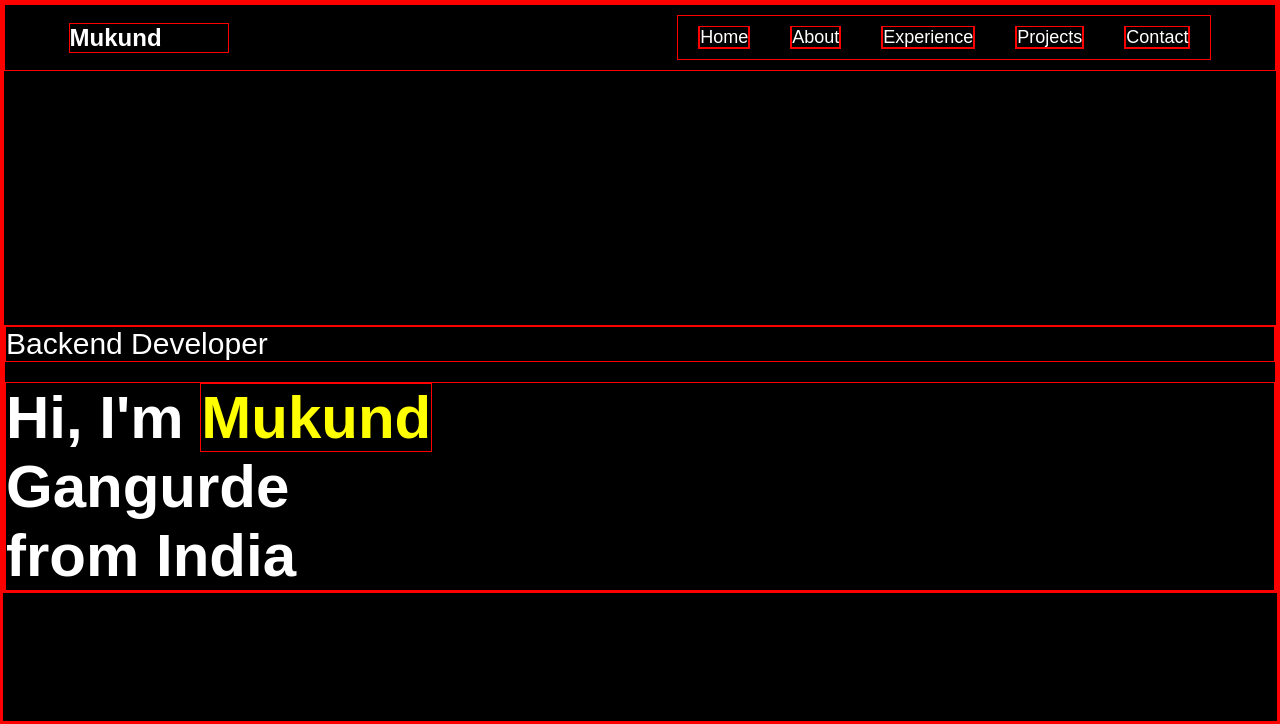
Repository: mukundgangurde/expense-tracker
Page: index.html
The author's editor kept a copy of each file at every save. The page is drawn from the files as they stood at one save, then again after the next save.
The browser window is 1280 px wide. The pictures show the whole page.

Above is the page before, as saved 2025-11-02 18:01:35.

### index.html
<!DOCTYPE html>
<html lang="en">

<head>
  <meta charset="UTF-8">
  <meta name="viewport" content="width=device-width, initial-scale=1.0">
  <title>Portfolio - Mukund Gangurde</title>
  <link rel="stylesheet" href="style.css">
</head>

<body>
  <div id="header">
    <div id="container">
      <!-- Navigation Bar -->
      <nav>
        <h1 id="logo">Mukund</h1>
        <ul>
          <li><a href="#">Home</a></li>
          <li><a href="#">About</a></li>
          <li><a href="#">Experience</a></li>
          <li><a href="#">Projects</a></li>
          <li><a href="#">Contact</a></li>
        </ul>
      </nav>
      <!-- /Navigation Bar -->

      <div class="header-text">
        <p>Backend Developer</p>
        <h1>Hi, I'm <span>Mukund</span><br>Gangurde <br> from India</h1>
      </div>
    </div>
  </div>

</body>

</html>

### style.css
* {
  margin: 0;
  padding: 0;
  /* font-family: Brush Script MT; */
  font-family: Arial, Helvetica, sans-serif;
  box-sizing: border-box;
  border: 1px solid red;
}

body {
  background-color: black;
  color: white;
}

#header {
  width : 100%;
  height: 100vh;
  /* background-image: url(images/background.img); */
  /* background-size: cover; */
  /* background-position: center; */
}

#logo {
  width: 160px;
}

nav {
  display: flex;
  justify-content: space-between;
  align-items: center;
  flex-wrap: wrap;
  padding: 10px 5%;
}

ul {
  display: flex;
  justify-content: space-between;
  font-size: 18px;
}

nav ul li {
  display: inline-block;
  list-style-type: none;
  margin: 10px 20px;
}

nav ul li a {
  color: white;
  text-decoration: none;
}

.header-text {
  margin-top: 20%;
  font-size: 30px;
}

.header-text h1 {
  margin-top: 20px;
  font-size: 60px;
}

.header-text h1 span {
  color: yellow;
}

After the next save:
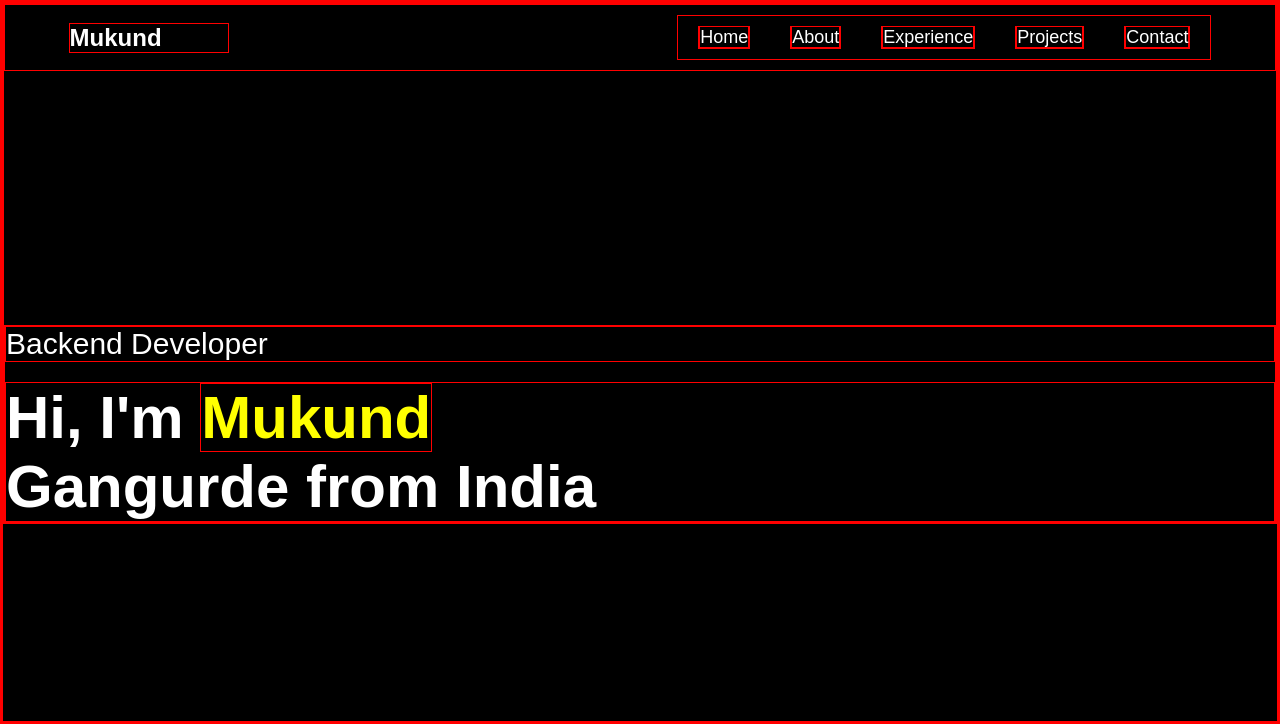
Saved 7 s later.
--- a/index.html
+++ b/index.html
@@ -26,7 +26,7 @@
 
       <div class="header-text">
         <p>Backend Developer</p>
-        <h1>Hi, I'm <span>Mukund</span><br>Gangurde <br> from India</h1>
+        <h1>Hi, I'm <span>Mukund</span><br>Gangurde from India</h1>
       </div>
     </div>
   </div>
